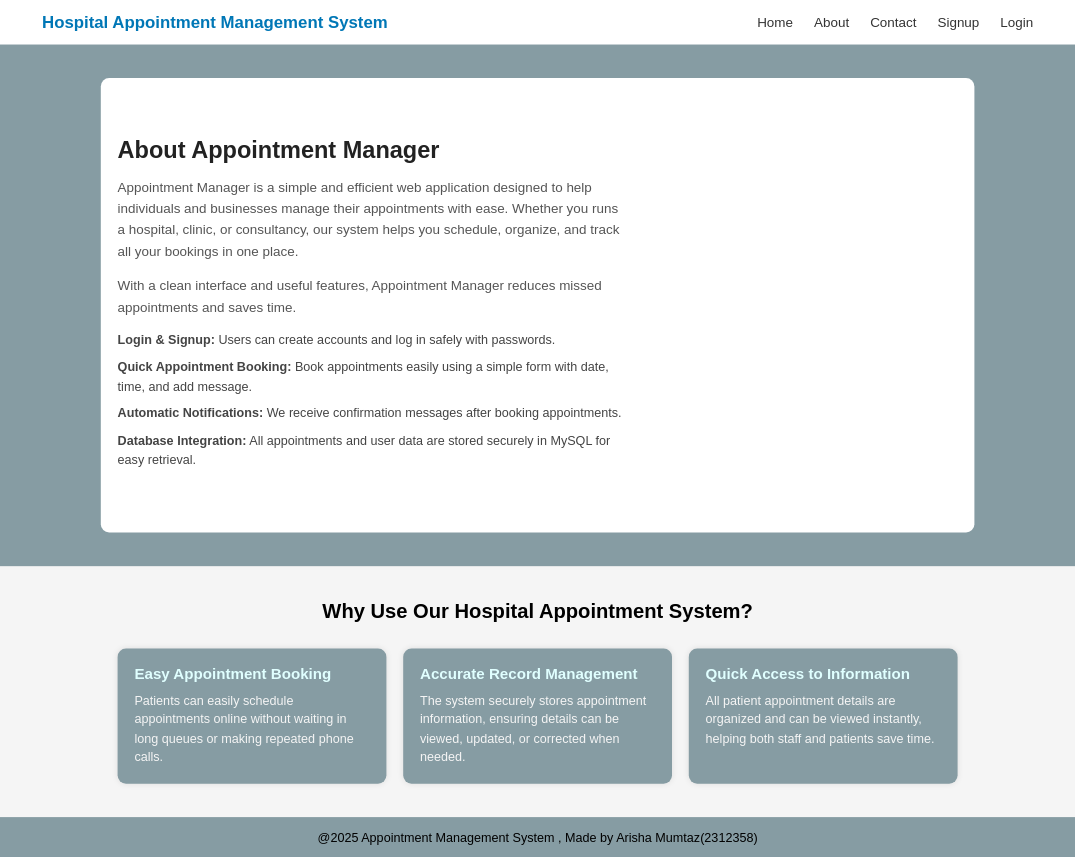
Repository: Arisha004/hospital-management-midterm-
Page: about.html
The author's editor kept a copy of each file at every save. The page is drawn from the files as they stood at one save, then again after a run of saves.
The browser window is 1280 px wide. The pictures show the whole page, at 84% of full size.

Above is the page before, as saved 2025-11-02 21:06:14.

After the next 2 saves:
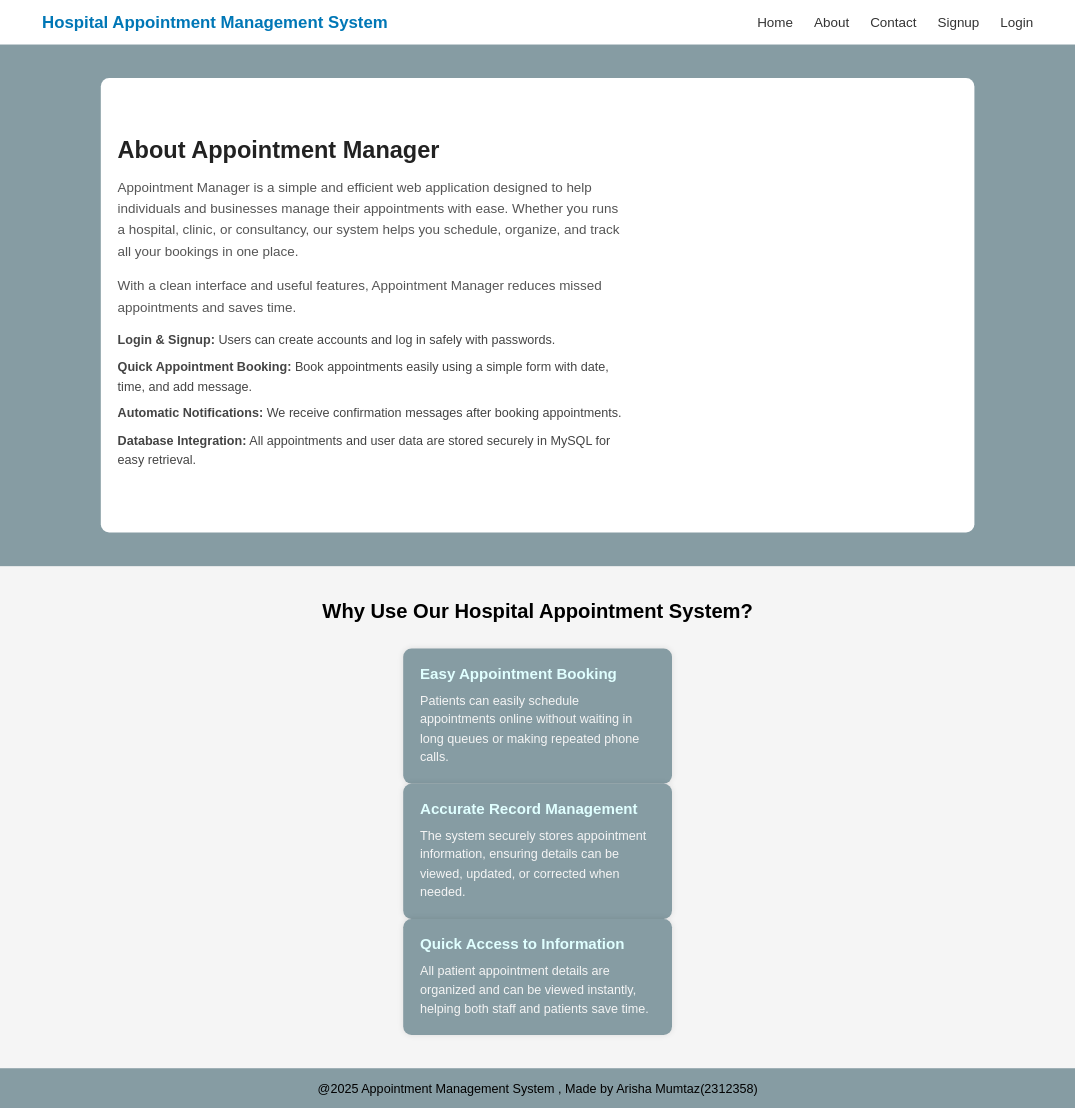
The 2 saves are shown as one change because they came seconds apart.
The last was saved 6 s later.
--- a/about.html
+++ b/about.html
@@ -17,8 +17,7 @@
 }
 
 .card-container {
-  display: flex;
-  flex-wrap: wrap;
+  display: inline-block;
   justify-content: center;
   gap: 20px;
 }
